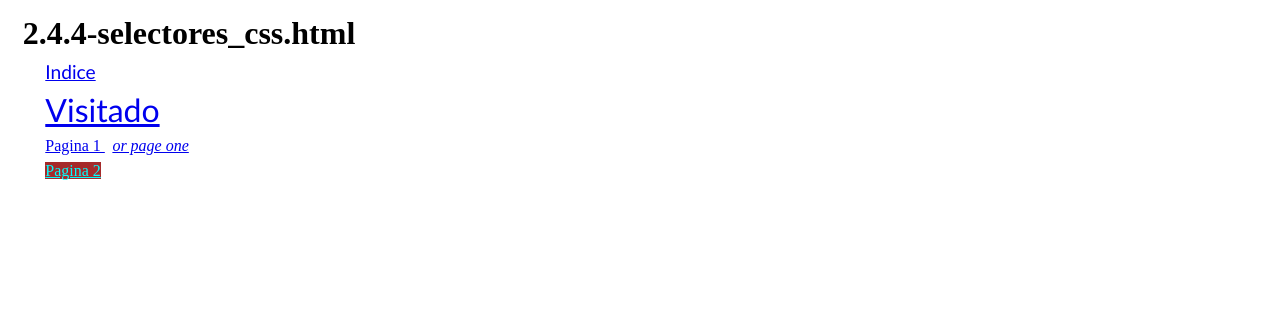
Repository: cesarsant0203/My_Study
Page: Introducción al desarrollo web/2-Css/2.4.4-selectores_css.html
An editor plug-in stored every save of this project. The page is shown before and after the next save, followed by the edit.
The browser window is 1280 px wide. The pictures show the whole page.

Above is the page before, as saved 2020-04-28 15:31:44.

### Introducción al desarrollo web/2-Css/2.4.4-selectores_css.html
<!DOCTYPE html>
<html lang="es">

<head>
    <meta charset="utf-8" />
    <title> Selectores CSS </title>
    <link href="2.4.4-selectores_css.css" rel="stylesheet" />
</head>

<body>

    <h1>2.4.4-selectores_css.html</h1>
    <section id="mySection" class="box">
        <nav>
            <p>
                <a href="2.4-selectores_css.html" title="Indice">Indice</a>
            </p>
            <p>
                <a href="2.4.2-selectores_css.html" title="Visitado">Visitado</a>
            </p>
            <p>
                <a href="2.4.3-selectores_css.html" title="Pagina 1">Pagina 1
                    <span lang="en"> or page one</span></a>
            </p>
            <p>
                <a href="2.4.4-selectores_css.html" id="top-one">Pagina 2</a>
            </p>
        </nav>
    </section>
    <article>

    </article>
</body>

</html>

### Introducción al desarrollo web/2-Css/2.4.4-selectores_css.css
/*a[title]{
    font-weight: bold;
}
*/
*{
    margin: 0.2cm;
    padding: 0%;
}
a[title=Visitado]{
    font-family: 'Gill Sans', 'Gill Sans MT', Calibri, 'Trebuchet MS', sans-serif;
    font-size: xx-large;
}
a[id |=top] {
    background-color: brown;
    color: aqua;
}
a[title~=Indice]{
    font-family: 'Gill Sans', 'Gill Sans MT', Calibri, 'Trebuchet MS', sans-serif;
    font-size: larger;
}
:lang(en){
    font-style: italic;
}

After the next save:
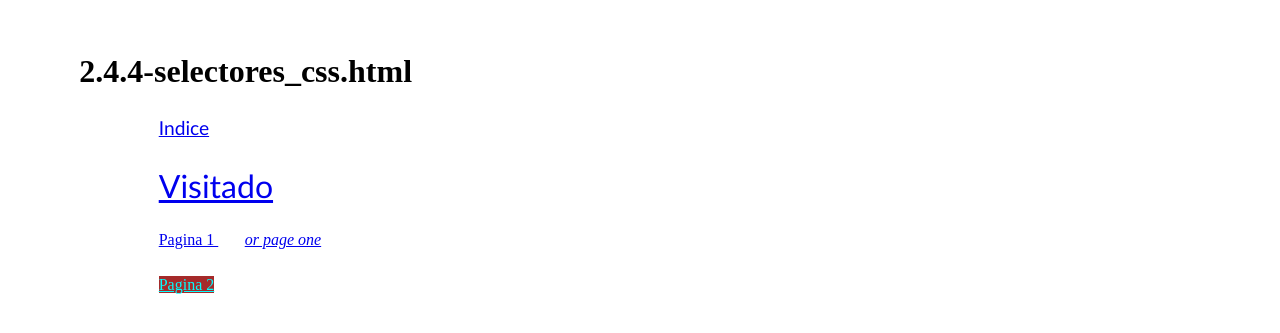
Saved 6 s later.
--- a/Introducción al desarrollo web/2-Css/2.4.4-selectores_css.css
+++ b/Introducción al desarrollo web/2-Css/2.4.4-selectores_css.css
@@ -3,7 +3,7 @@
 }
 */
 *{
-    margin: 0.2cm;
+    margin: 0.7cm;
     padding: 0%;
 }
 a[title=Visitado]{
